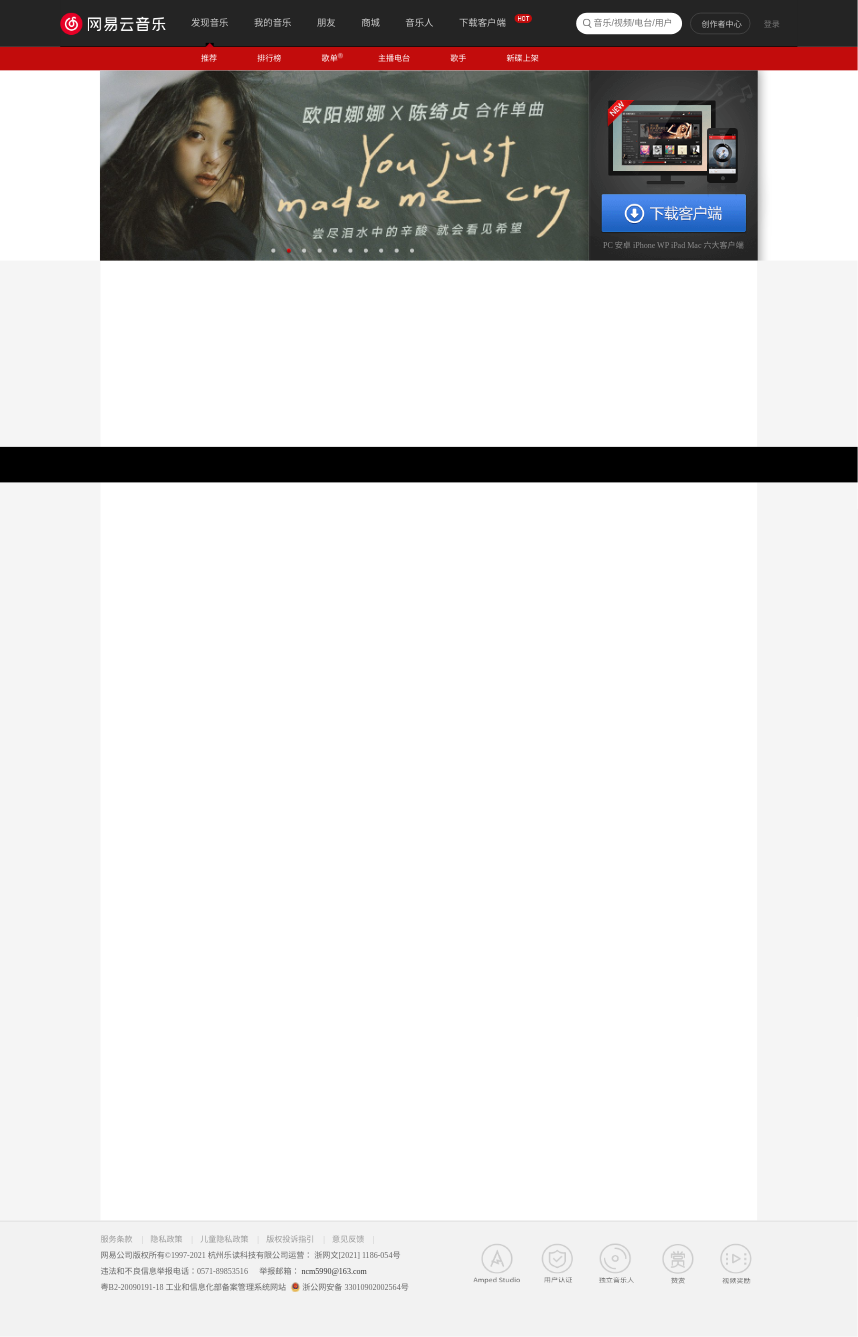
Repository: changfeng5/cat
Page: cat/index.html
The author's editor kept a copy of each file at every save. The page is drawn from the files as they stood at one save, then again after the next save.
The browser window is 1280 px wide. The pictures show the whole page, at 67% of full size.

Above is the page before, as saved 2021-05-01 00:40:55.

After the next save:
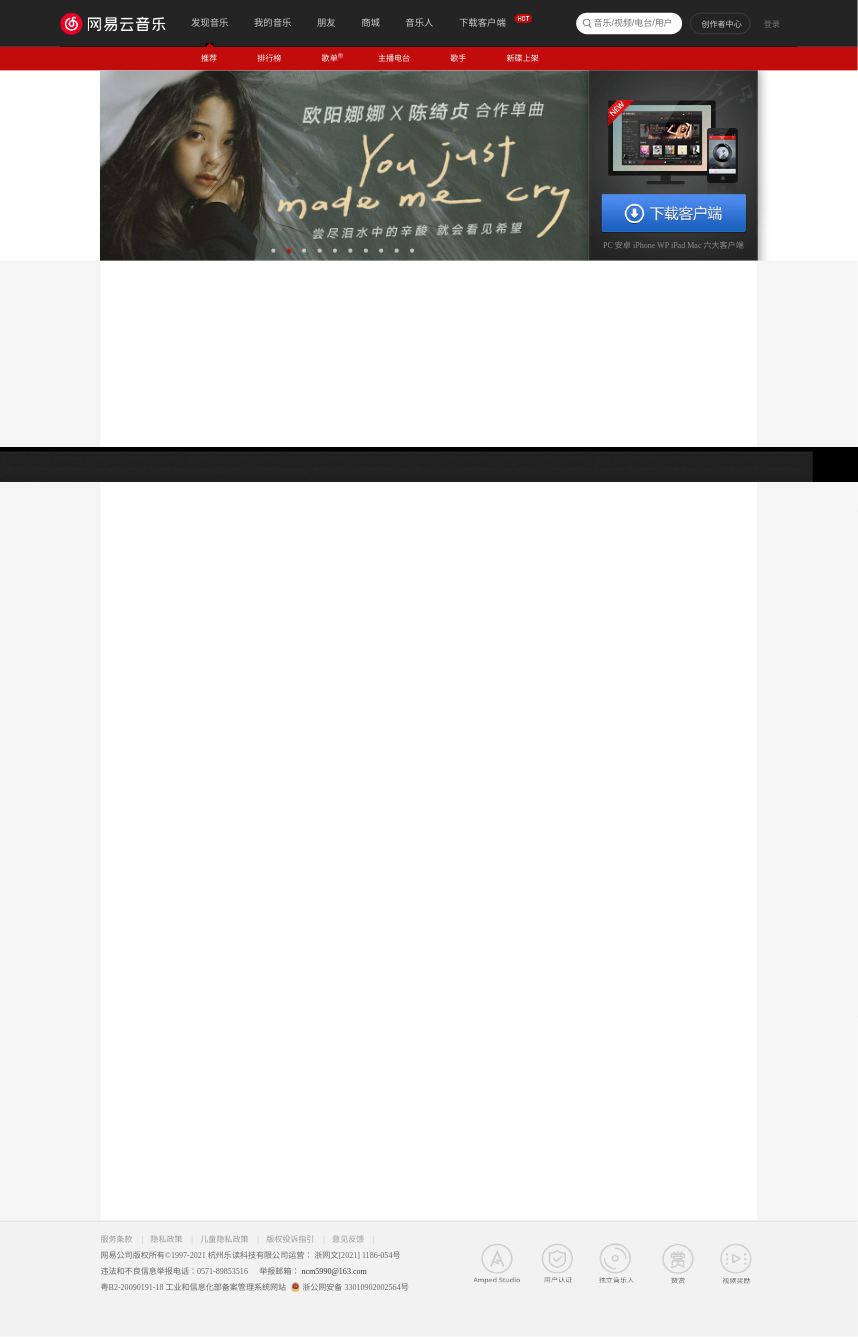
Saved 3 min 0 s later.
--- a/cat/css/style.css
+++ b/cat/css/style.css
@@ -551,8 +551,8 @@
 
 .player .bg {
   height: 53px;
-  zoom: 1;
   margin-right: 67px;
+  background: url(../images/player.png);
   background-position: 0 0;
   background-repeat: repeat-x;
 }
